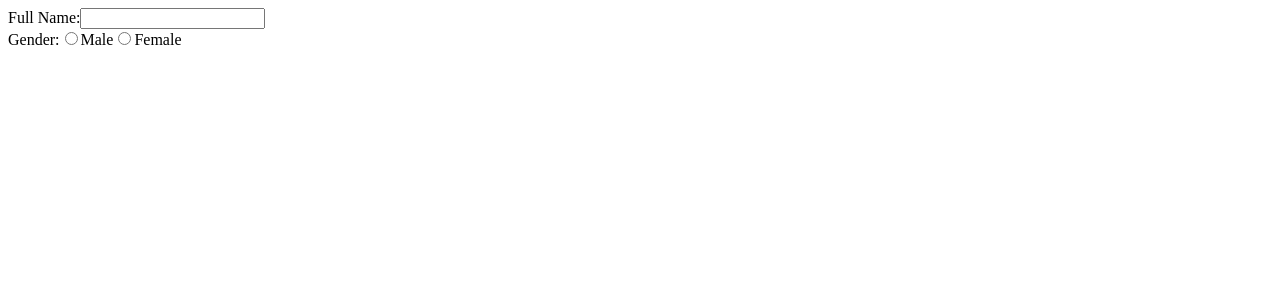
Repository: riishraj1821/Learning-with-maven
Page: http://localhost/form_under_servlet/form.jsp
The author's editor kept a copy of each file at every save. The page is drawn from the files as they stood at one save, then again after the next save.
The browser window is 1280 px wide. The pictures show the whole page.
The page is served by Tomcat 10. Other server files are loaded and not shown.

Above is the page before, as saved 2024-10-10 07:04:02.

### form_under_servlet/src/main/webapp/form.jsp
<%@ page language="java" contentType="text/html; charset=UTF-8"
    pageEncoding="UTF-8"%>
<!DOCTYPE html>
<html>
<head>
<meta charset="UTF-8">
<title>form</title>
</head>
<body>
Full Name:<input name="name" type="text"/>
<br/>
Gender:<input name="gender" type="radio" value="male"/>Male<input name="gender" type="radio" value="female"/>Female
</body>
</html>

After the next save:
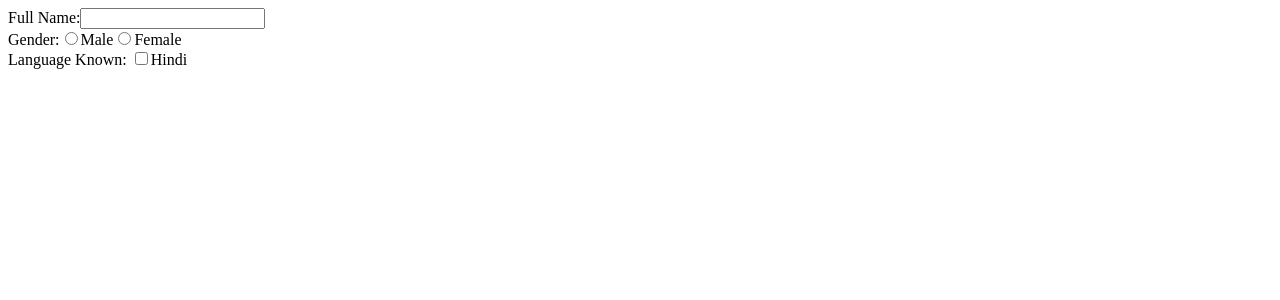
Saved 2 min 5 s later.
--- a/form_under_servlet/src/main/webapp/form.jsp
+++ b/form_under_servlet/src/main/webapp/form.jsp
@@ -10,5 +10,7 @@
 Full Name:<input name="name" type="text"/>
 <br/>
 Gender:<input name="gender" type="radio" value="male"/>Male<input name="gender" type="radio" value="female"/>Female
+<br/>
+Language Known: <input type="checkbox" name="language" value="hindi"/>Hindi
 </body>
 </html>
